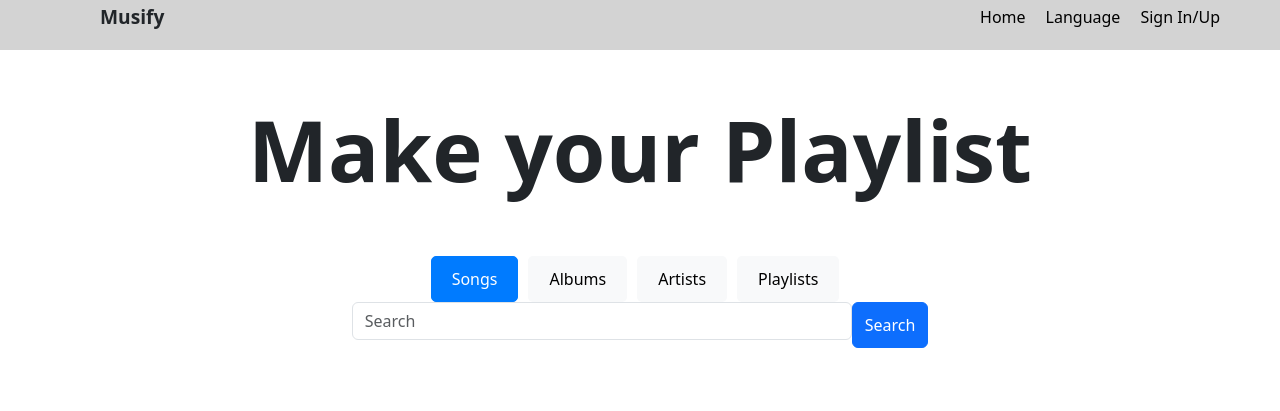
Repository: yuqiant/musify
Page: / (app in musify/)
These files come from the project's save history. The page is drawn as it stood at one moment and after a run of saves; the edit follows.
The browser window is 1280 px wide. The pictures show the whole page.
The project was rebuilt for these pictures with package versions that can differ from the ones it lists, and the page was loaded fresh each time. Also part of the build but not shown: musify/src/result/index.js, musify/src/details/userContext.js, musify/src/details/index.js.

Above is the page before, as saved 2023-12-08 18:20:21.

After the next 2 saves:
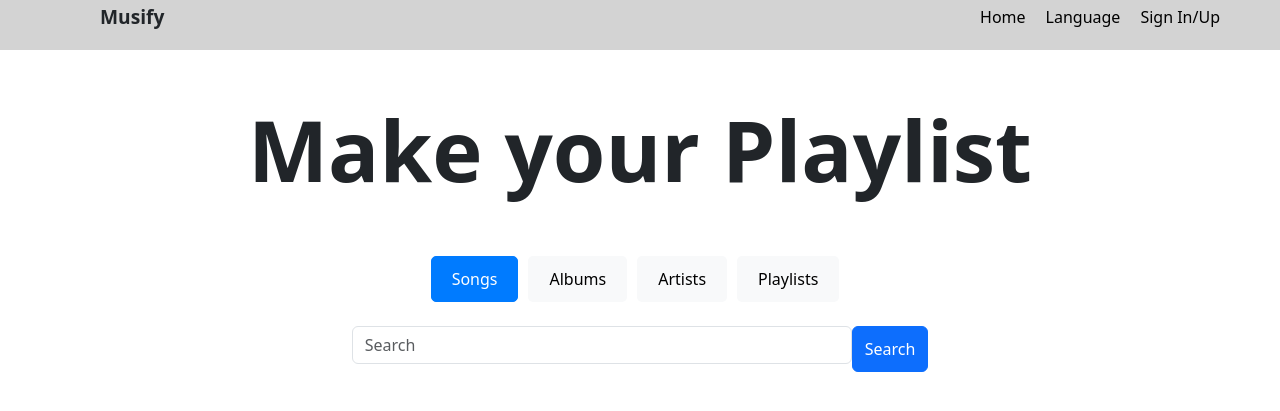
The 2 saves are shown as one change because 1 did not build or start.
The last was saved 8 min 30 s later.
--- a/musify/src/home/index.js
+++ b/musify/src/home/index.js
@@ -180,7 +180,8 @@ function Home() {
                         >
                             {type}
                         </button>
-                    ))}
+
+                    ))}<br /><br />
                 </div>
                 <form onSubmit={handleSearchSubmit} className="form-inline">
                     <input
